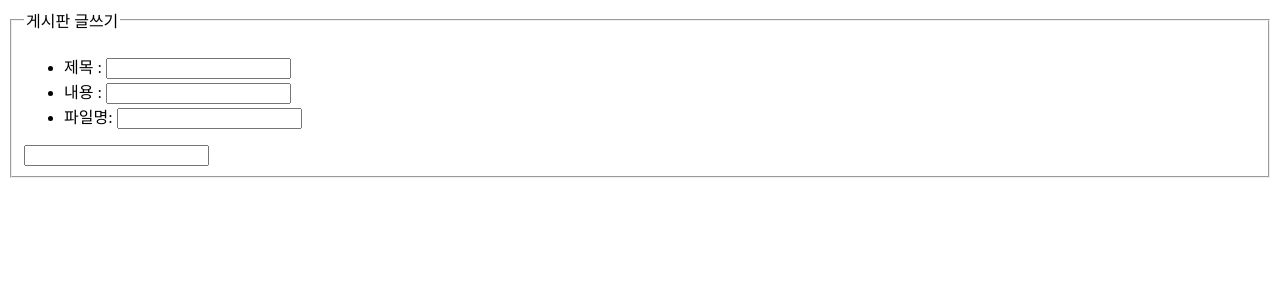
Repository: khy4701/JavaServerPage-Servlet
Page: http://localhost/07.BoardProejct/WriteForm.jsp
An editor plug-in stored every save of this project. The page is shown before and after the next save, followed by the edit.
The browser window is 1280 px wide. The pictures show the whole page.
The page is served by Tomcat 9.

Above is the page before, as saved 2016-07-25 05:27:00.

After the next save:
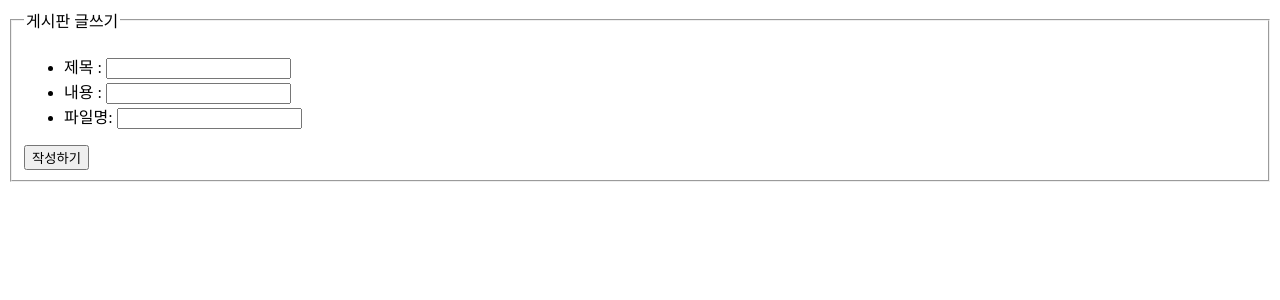
Saved 18 s later.
--- a/07.BoardProejct/WebContent/WriteForm.jsp
+++ b/07.BoardProejct/WebContent/WriteForm.jsp
@@ -18,7 +18,7 @@
 		<li> 파일명: <input type="text"></li>
 	</ul>
 
-	<input type
+	<input type ="submit" value="작성하기">
 </fieldset>
 </form>
 </body>
